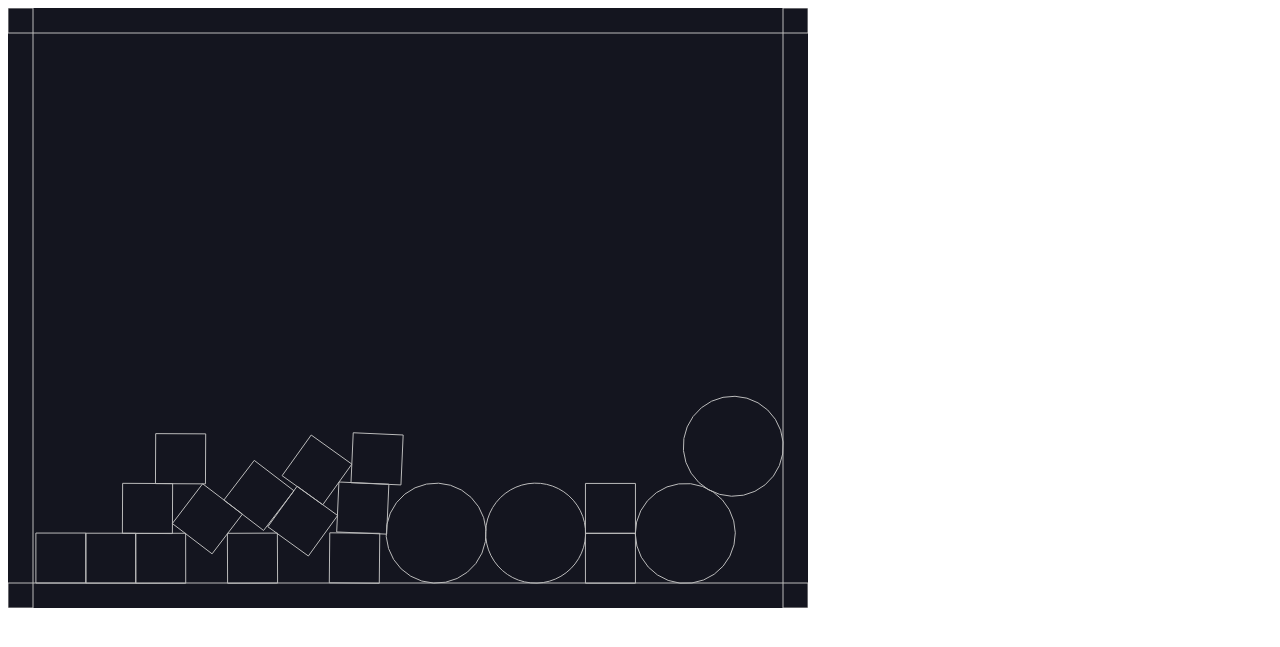
Repository: Sbethm/maze-runner
Page: index.html
An editor plug-in stored every save of this project. The page is shown before and after a run of saves, followed by the edit.
The browser window is 1280 px wide. The pictures show the whole page.
Some web libraries are served in a nearby version.

Above is the page before, as saved 2021-10-01 16:13:44.

After the next 5 saves:
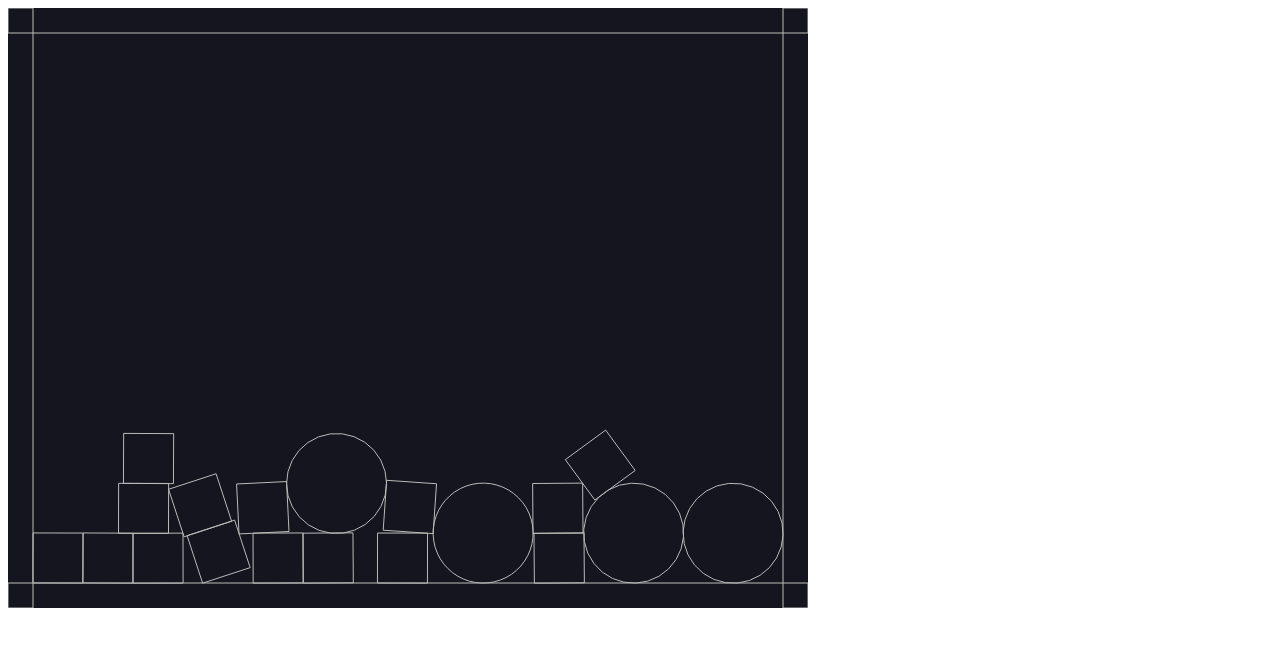
The 5 saves are shown as one change because they came seconds apart.
The last was saved 13 s later.
--- a/app.js
+++ b/app.js
@@ -22,7 +22,12 @@ const shape = [
     Bodies.rectangle(50, 200, 50, 50),
     Bodies.rectangle(100, 200, 50, 50),
     Bodies.rectangle(120, 200, 50, 50),
-
+    Bodies.rectangle(630, 200, 50, 50),
+    Bodies.rectangle(200, 200, 50, 50),
+    Bodies.rectangle(200, 200, 50, 50),
+    Bodies.rectangle(200, 200, 50, 50),
+    Bodies.rectangle(200, 200, 50, 50),
+    Bodies.rectangle(200, 200, 50, 50),
     Bodies.rectangle(430, 200, 50, 50),
     Bodies.rectangle(430, 200, 50, 50),
     Bodies.rectangle(430, 200, 50, 50),
@@ -32,14 +37,8 @@ const shape = [
     Bodies.circle(450, 200, 50, 50),
     Bodies.rectangle(630, 200, 50, 50),
     Bodies.rectangle(630, 200, 50, 50),
-    Bodies.polygon(630, 200, 50, 50, 50),
-    Bodies.rectangle(630, 200, 50, 50),
 
-    Bodies.rectangle(200, 200, 50, 50),
-    Bodies.rectangle(200, 200, 50, 50),
-    Bodies.rectangle(200, 200, 50, 50),
-    Bodies.rectangle(200, 200, 50, 50),
-    Bodies.rectangle(200, 200, 50, 50),
+    Bodies.polygon(630, 200, 50, 50, 50)
 ]
 
 //====== Walls
